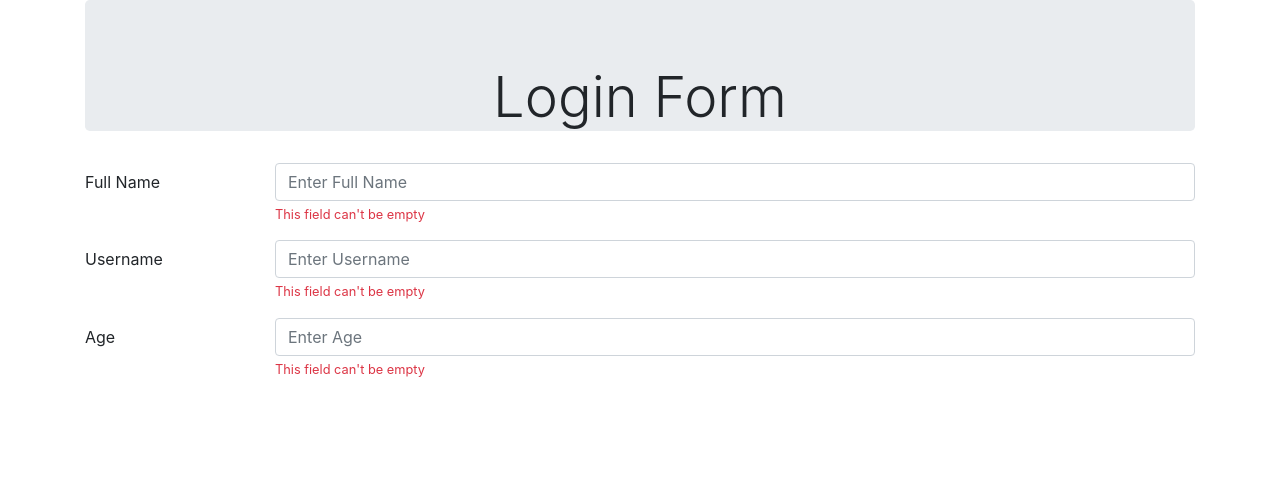
Repository: amar468S/Ng-templateDrivenForm
Page: /
These files come from the project's save history. The page is drawn as it stood at one moment and after the next save; the edit follows.
The browser window is 1280 px wide. The pictures show the whole page.
Some web libraries are served in a nearby version. The project was rebuilt for these pictures with package versions that can differ from the ones it lists, and the page was loaded fresh each time. Also part of the build but not shown: angular.json.

Above is the page before, as saved 2019-02-03 15:50:29.

### src/index.html
<!doctype html>
<html lang="en">
<head>
  <meta charset="utf-8">
  <title>NgTemplateForms</title>
  <base href="/">

  <meta name="viewport" content="width=device-width, initial-scale=1">
  <link rel="icon" type="image/x-icon" href="favicon.ico">
  <!-- CSS -->
  <link rel="stylesheet" href="https://stackpath.bootstrapcdn.com/bootstrap/4.2.1/css/bootstrap.min.css" integrity="sha384-GJzZqFGwb1QTTN6wy59ffF1BuGJpLSa9DkKMp0DgiMDm4iYMj70gZWKYbI706tWS" crossorigin="anonymous">

  <!-- JS -->
  <script src="https://code.jquery.com/jquery-3.3.1.slim.min.js" integrity="sha384-q8i/X+965DzO0rT7abK41JStQIAqVgRVzpbzo5smXKp4YfRvH+8abtTE1Pi6jizo" crossorigin="anonymous"></script>
  <script src="https://cdnjs.cloudflare.com/ajax/libs/popper.js/1.14.6/umd/popper.min.js" integrity="sha384-wHAiFfRlMFy6i5SRaxvfOCifBUQy1xHdJ/yoi7FRNXMRBu5WHdZYu1hA6ZOblgut" crossorigin="anonymous"></script>
  <script src="https://stackpath.bootstrapcdn.com/bootstrap/4.2.1/js/bootstrap.min.js" integrity="sha384-B0UglyR+jN6CkvvICOB2joaf5I4l3gm9GU6Hc1og6Ls7i6U/mkkaduKaBhlAXv9k" crossorigin="anonymous"></script>

</head>
<body>
  <app-root></app-root>
</body>
</html>

### src/app/app.component.html
<div class="container">
    <div class="jumbotron pb-0">
      <p class="display-4 text-center mb-0">Login Form</p>
    </div>

  <form>
      <div class="form-group row">
          <label class="col-sm-2 col-form-label">Full Name</label>
          <div class="col-sm-10">
            <input type="text" class="form-control" placeholder="Enter Full Name">
            <small class="form-text text-danger">This field can't be empty</small>
          </div>
      </div>
      <div class="form-group row">
          <label class="col-sm-2 col-form-label">Username</label>
          <div class="col-sm-10">
            <input type="text" class="form-control" placeholder="Enter Username">
            <small class="form-text text-danger">This field can't be empty</small>
          </div>
      </div>
      <div class="form-group row">
          <label class="col-sm-2 col-form-label">Age</label>
          <div class="col-sm-10">
            <input type="number" class="form-control" placeholder="Enter Age">
            <small class="form-text text-danger">This field can't be empty</small>
          </div>
      </div>
  </form>

</div>

Loaded but not shown: src/styles.css (common file); src/main.ts (common file); src/app/app.module.ts (common file); src/environments/environment.ts (common file); src/app/app.component.ts (common file); src/app/app.component.css (no stored copy; drawn as an empty file)

After the next save:
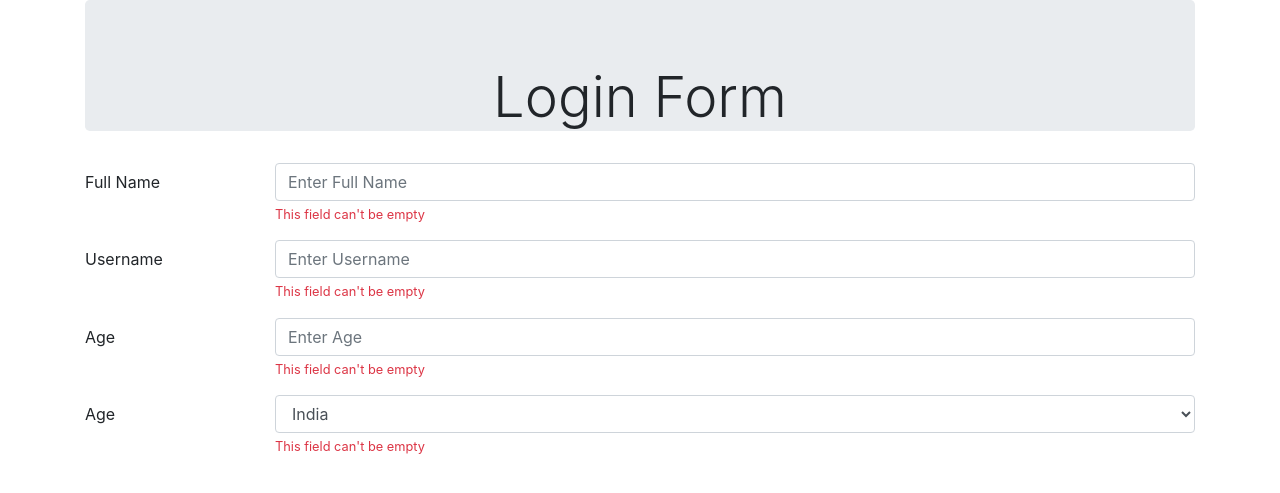
Saved 2 min 12 s later.
--- a/src/app/app.component.html
+++ b/src/app/app.component.html
@@ -25,6 +25,18 @@
             <small class="form-text text-danger">This field can't be empty</small>
           </div>
       </div>
+      <div class="form-group row">
+          <label class="col-sm-2 col-form-label">Age</label>
+          <div class="col-sm-10">
+            <select class="form-control">
+              <option value="India">India</option>
+              <option value="Sri Lanka">Sri Lanka</option>
+              <option value="Bangladesh">Bangladesh</option>
+              <option value="Nepal">Nepal</option>
+            </select>
+            <small class="form-text text-danger">This field can't be empty</small>
+          </div>
+      </div>
   </form>
 
 </div>
